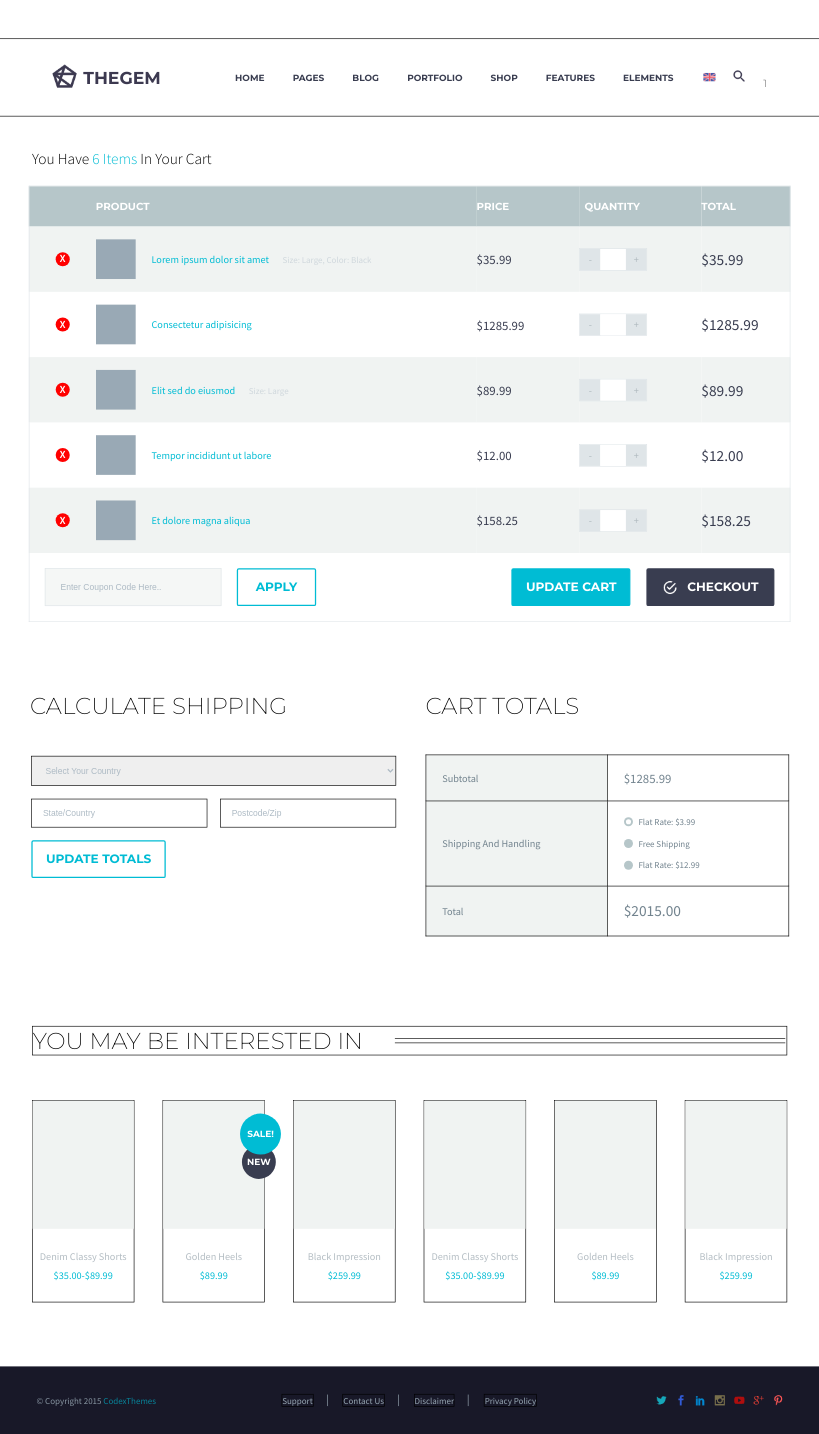
Repository: flylessbird/shop_cart
Page: html/page.html
These files come from the project's save history. The page is drawn as it stood at one moment and after a run of saves; the edit follows.
The browser window is 1280 px wide. The pictures show the whole page, at 64% of full size.
The style sheet was rebuilt from its Sass, Less or Tailwind sources for each picture, by a compiler version that may differ from the author's.

Above is the page before, as saved 2022-05-11 11:01:01.

After the next 2 saves:
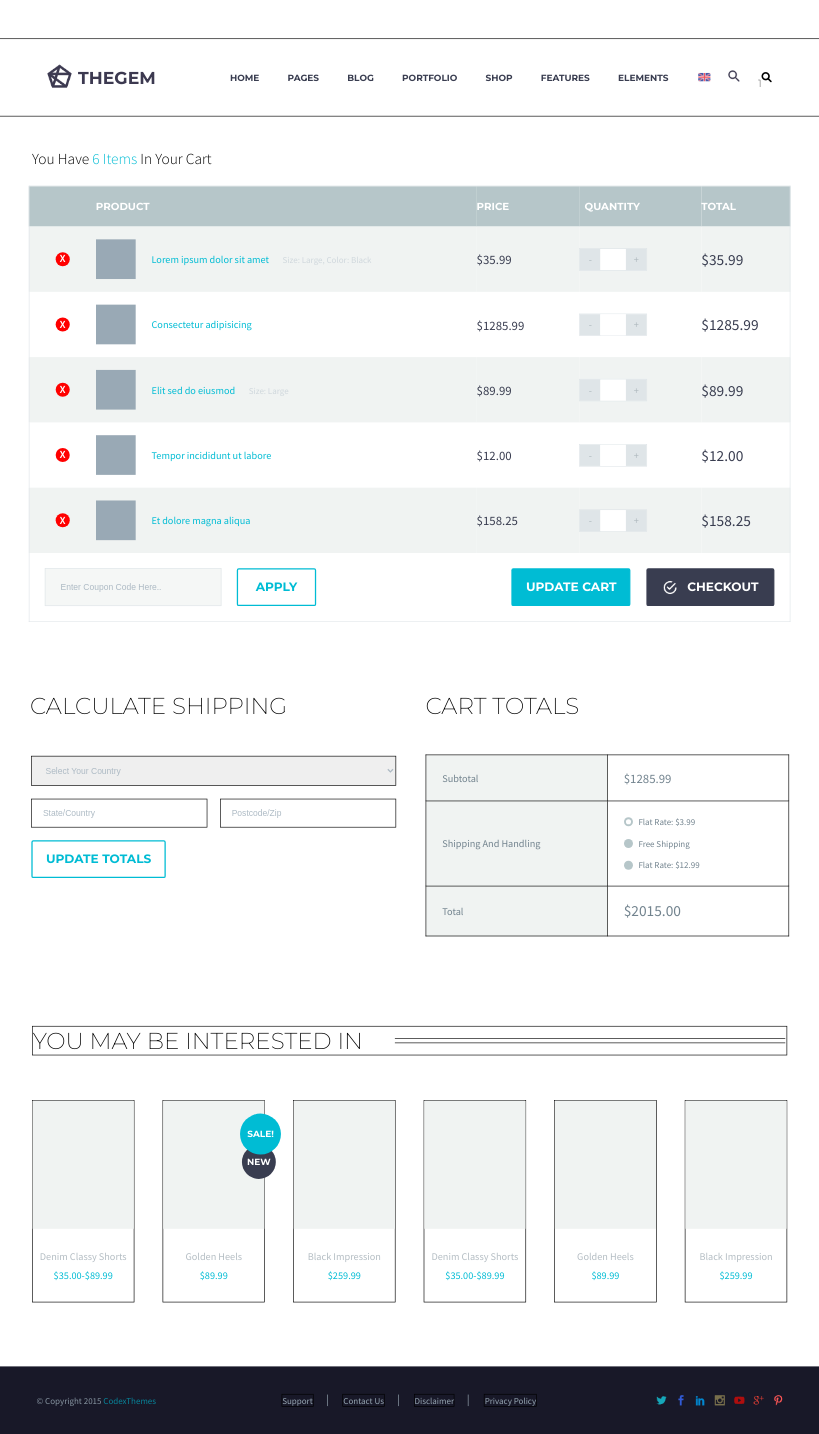
The 2 saves are shown as one change because they came seconds apart.
The last was saved 3 min 18 s later.
--- a/html/page.html
+++ b/html/page.html
@@ -53,6 +53,7 @@
         <a href="javascript:void(0);" class="icon" onclick="myFunction()">
           <i class="fa fa-bars"></i>
         </a>
+        <i class="fa-solid fa-magnifying-glass"></i>
       </nav>
       <section class="table">
         <h2>you have<span> 6 items </span>in your cart</h2>

After the save that followed:
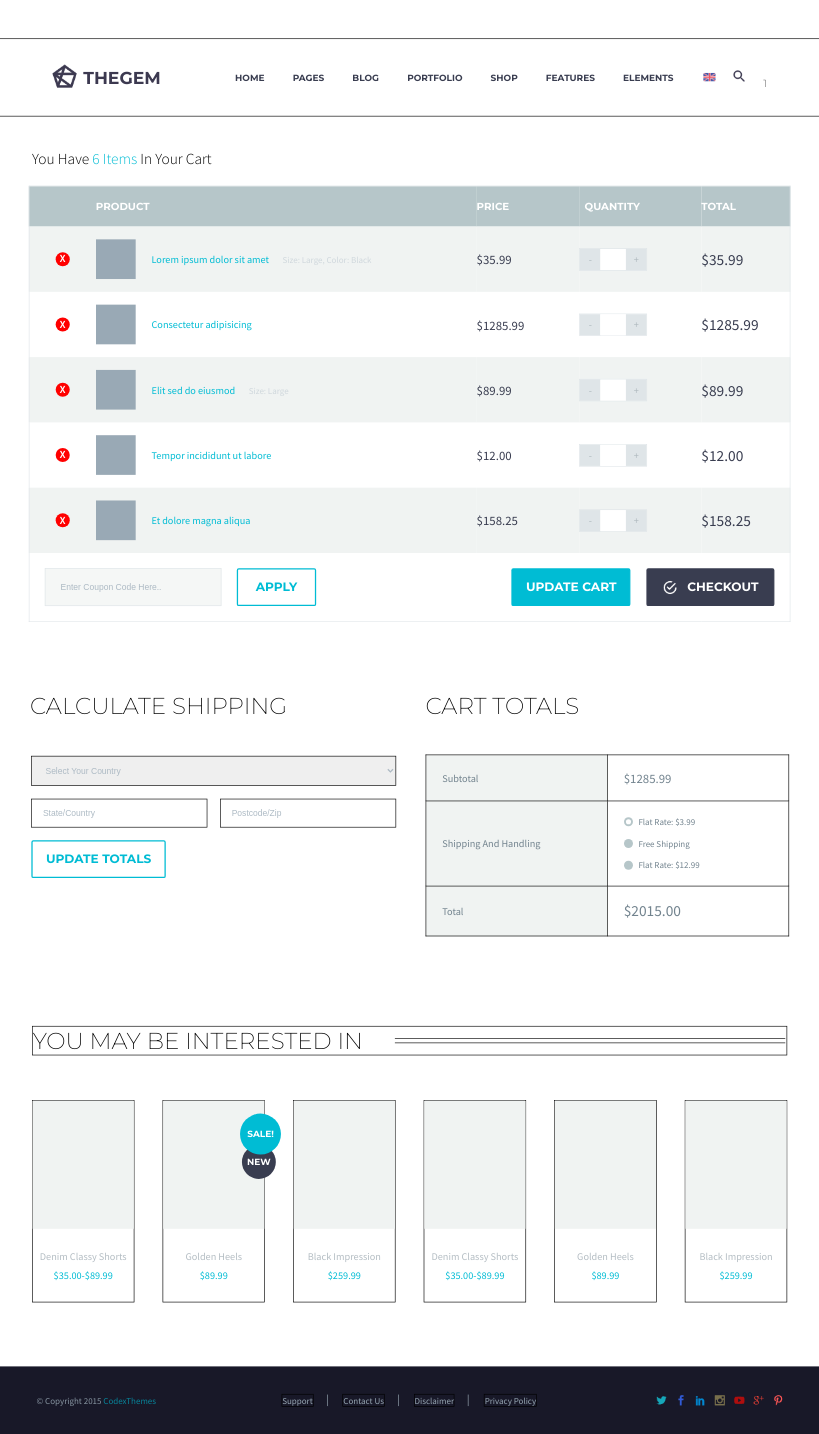
Saved 20 s later.
--- a/html/page.html
+++ b/html/page.html
@@ -53,7 +53,7 @@
         <a href="javascript:void(0);" class="icon" onclick="myFunction()">
           <i class="fa fa-bars"></i>
         </a>
-        <i class="fa-solid fa-magnifying-glass"></i>
+        <!-- <i class="fa-solid fa-magnifying-glass"></i> -->
       </nav>
       <section class="table">
         <h2>you have<span> 6 items </span>in your cart</h2>
